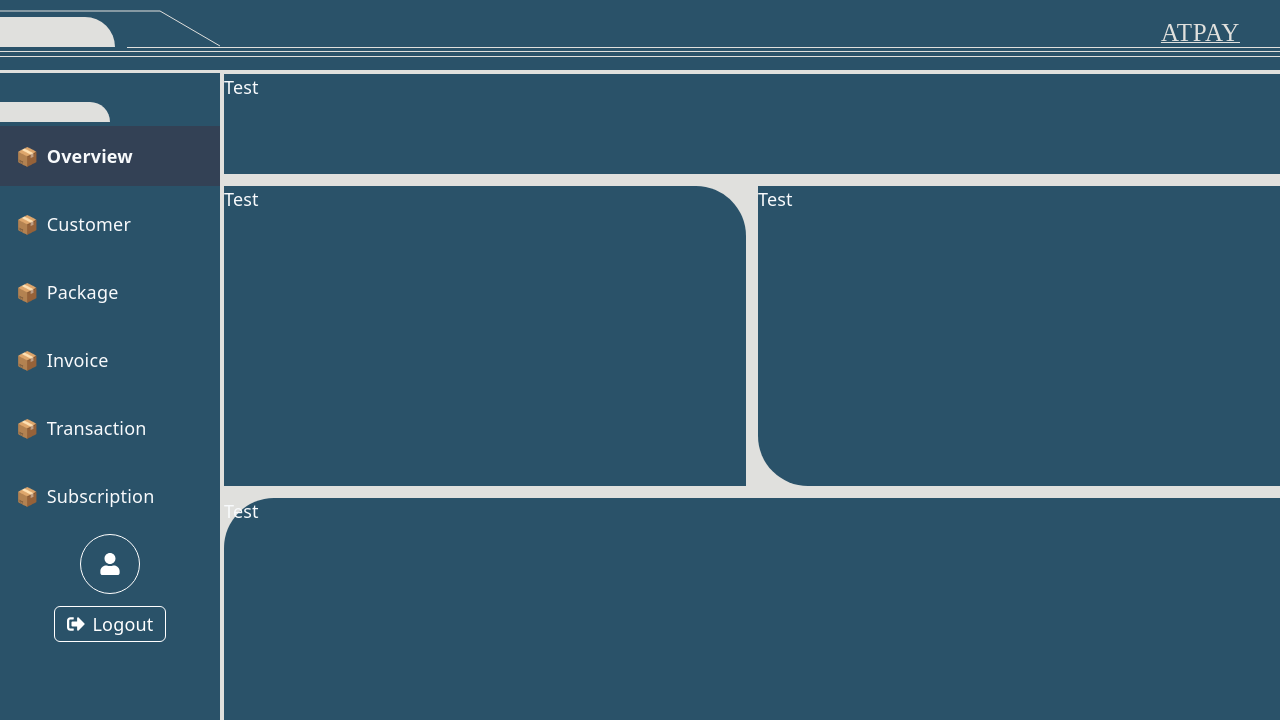
Repository: Farazdaq/stripe-payment-integration
Page: /dashboard (app in stripe-integration-react-dashboard/)
An editor plug-in stored every save of this project. The page is shown before and after the next save, followed by the edit.
The browser window is 1280 px wide. The pictures show the whole page.
An inner scrolling area shows only its first screen. Some web fonts or font styles are not loaded; a fallback is used. The project was rebuilt for these pictures with package versions that can differ from the ones it lists, and the page was loaded fresh each time. Also part of the build but not shown: stripe-integration-react-dashboard/vite.config.ts, stripe-integration-react-dashboard/src/App.css, stripe-integration-react-dashboard/src/features/dashboard/pages/Customer.tsx, stripe-integration-react-dashboard/src/features/dashboard/pages/Package.tsx, stripe-integration-react-dashboard/src/features/dashboard/pages/Invoice.tsx, stripe-integration-react-dashboard/src/features/dashboard/pages/Transaction.tsx, stripe-integration-react-dashboard/src/features/dashboard/pages/Subscription.tsx.

Above is the page before, as saved 2026-05-13 16:08:45.

After the next save:
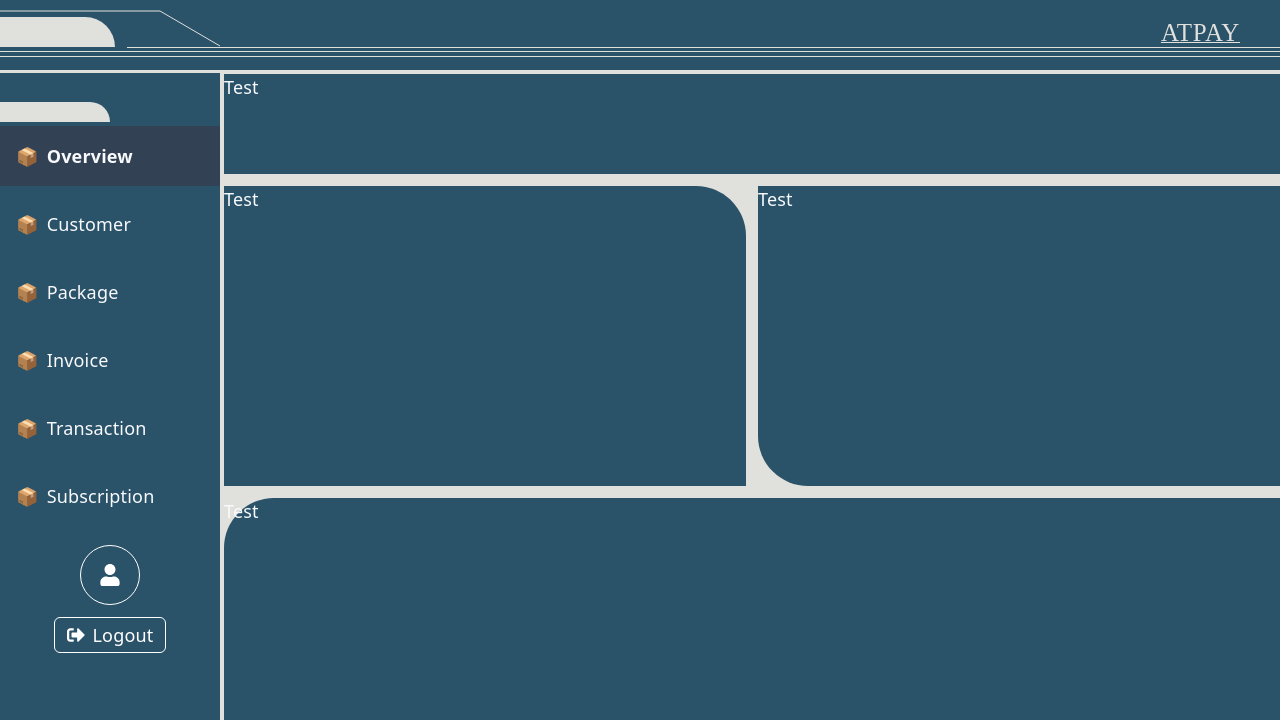
Saved 116 s later.
--- a/stripe-integration-react-dashboard/src/features/dashboard/layout/Sidebar/Sidebar.tsx
+++ b/stripe-integration-react-dashboard/src/features/dashboard/layout/Sidebar/Sidebar.tsx
@@ -56,11 +56,13 @@ export default function Sidebar({ active, setActive }: SidebarProps) {
         );
       })}
 
-      <AccountController
-        isLogIn={true}
-        direction="column"
-        imagePosition="top"
-      />
+      <div className=" mt-[5%]">
+        <AccountController
+          isLogIn={true}
+          direction="column"
+          imagePosition="top"
+        />
+      </div>
     </div>
   );
 }
